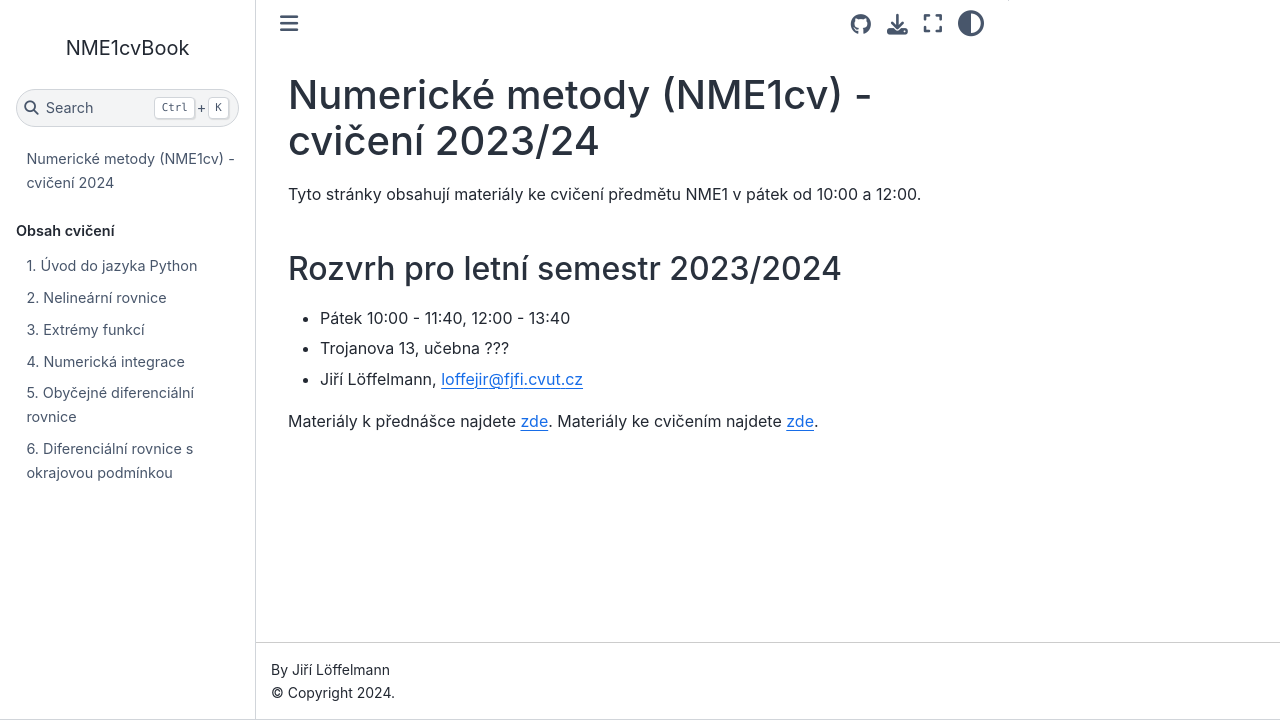
Repository: loepa01/NME1cvBook
Page: intro.html
An editor plug-in stored every save of this project. The page is shown before and after the next save, followed by the edit.
The browser window is 1280 px wide. The pictures show the whole page.

Above is the page before, as saved 2024-04-08 16:45:22.
Console error: SyntaxError: Identifier 'THEBE_JS_URL' has already been declared

### intro.html

<!DOCTYPE html>


<html lang="en" data-content_root="../" >

  <head>
    <meta charset="utf-8" />
    <meta name="viewport" content="width=device-width, initial-scale=1.0" /><meta name="viewport" content="width=device-width, initial-scale=1" />

    <title>Numerické metody (NME1cv) - cvičení 2023/24 &#8212; NME1cvBook</title>



  <script data-cfasync="false">
    document.documentElement.dataset.mode = localStorage.getItem("mode") || "";
    document.documentElement.dataset.theme = localStorage.getItem("theme") || "light";
  </script>

  <!-- Loaded before other Sphinx assets -->
  <link href="../_static/styles/theme.css?digest=8d27b9dea8ad943066ae" rel="stylesheet" />
<link href="../_static/styles/bootstrap.css?digest=8d27b9dea8ad943066ae" rel="stylesheet" />
<link href="../_static/styles/pydata-sphinx-theme.css?digest=8d27b9dea8ad943066ae" rel="stylesheet" />


  <link href="../_static/vendor/fontawesome/6.5.1/css/all.min.css?digest=8d27b9dea8ad943066ae" rel="stylesheet" />
  <link rel="preload" as="font" type="font/woff2" crossorigin href="../_static/vendor/fontawesome/6.5.1/webfonts/fa-solid-900.woff2" />
<link rel="preload" as="font" type="font/woff2" crossorigin href="../_static/vendor/fontawesome/6.5.1/webfonts/fa-brands-400.woff2" />
<link rel="preload" as="font" type="font/woff2" crossorigin href="../_static/vendor/fontawesome/6.5.1/webfonts/fa-regular-400.woff2" />

    <link rel="stylesheet" type="text/css" href="../_static/pygments.css?v=fa44fd50" />
    <link rel="stylesheet" type="text/css" href="../_static/styles/sphinx-book-theme.css?v=384b581d" />
    <link rel="stylesheet" type="text/css" href="../_static/togglebutton.css?v=13237357" />
    <link rel="stylesheet" type="text/css" href="../_static/copybutton.css?v=76b2166b" />
    <link rel="stylesheet" type="text/css" href="../_static/mystnb.4510f1fc1dee50b3e5859aac5469c37c29e427902b24a333a5f9fcb2f0b3ac41.css?v=be8a1c11" />
    <link rel="stylesheet" type="text/css" href="../_static/sphinx-thebe.css?v=4fa983c6" />
    <link rel="stylesheet" type="text/css" href="../_static/design-style.1e8bd061cd6da7fc9cf755528e8ffc24.min.css?v=0a3b3ea7" />

  <!-- Pre-loaded scripts that we'll load fully later -->
  <link rel="preload" as="script" href="../_static/scripts/bootstrap.js?digest=8d27b9dea8ad943066ae" />
<link rel="preload" as="script" href="../_static/scripts/pydata-sphinx-theme.js?digest=8d27b9dea8ad943066ae" />
  <script src="../_static/vendor/fontawesome/6.5.1/js/all.min.js?digest=8d27b9dea8ad943066ae"></script>

    <script src="../_static/documentation_options.js?v=9eb32ce0"></script>
    <script src="../_static/doctools.js?v=888ff710"></script>
    <script src="../_static/sphinx_highlight.js?v=dc90522c"></script>
    <script src="../_static/clipboard.min.js?v=a7894cd8"></script>
    <script src="../_static/copybutton.js?v=f281be69"></script>
    <script src="../_static/scripts/sphinx-book-theme.js?v=efea14e4"></script>
    <script>let toggleHintShow = 'Click to show';</script>
    <script>let toggleHintHide = 'Click to hide';</script>
    <script>let toggleOpenOnPrint = 'true';</script>
    <script src="../_static/togglebutton.js?v=4a39c7ea"></script>
    <script>var togglebuttonSelector = '.toggle, .admonition.dropdown';</script>
    <script src="../_static/design-tabs.js?v=36754332"></script>
    <script>const THEBE_JS_URL = "https://unpkg.com/thebe@0.8.2/lib/index.js"; const thebe_selector = ".thebe,.cell"; const thebe_selector_input = "pre"; const thebe_selector_output = ".output, .cell_output"</script>
    <script async="async" src="../_static/sphinx-thebe.js?v=c100c467"></script>
    <script>var togglebuttonSelector = '.toggle, .admonition.dropdown';</script>
    <script>const THEBE_JS_URL = "https://unpkg.com/thebe@0.8.2/lib/index.js"; const thebe_selector = ".thebe,.cell"; const thebe_selector_input = "pre"; const thebe_selector_output = ".output, .cell_output"</script>
    <script>DOCUMENTATION_OPTIONS.pagename = '.history/intro_20240408164522';</script>
    <link rel="icon" href="../_static/cphys.png"/>
    <link rel="index" title="Index" href="../genindex.html" />
    <link rel="search" title="Search" href="../search.html" />
  <meta name="viewport" content="width=device-width, initial-scale=1"/>
  <meta name="docsearch:language" content="en"/>
  </head>


  <body data-bs-spy="scroll" data-bs-target=".bd-toc-nav" data-offset="180" data-bs-root-margin="0px 0px -60%" data-default-mode="">



  <a id="pst-skip-link" class="skip-link" href="#main-content">Skip to main content</a>

  <div id="pst-scroll-pixel-helper"></div>

  <button type="button" class="btn rounded-pill" id="pst-back-to-top">
    <i class="fa-solid fa-arrow-up"></i>
    Back to top
  </button>


  <input type="checkbox"
          class="sidebar-toggle"
          name="__primary"
          id="__primary"/>
  <label class="overlay overlay-primary" for="__primary"></label>

  <input type="checkbox"
          class="sidebar-toggle"
          name="__secondary"
          id="__secondary"/>
  <label class="overlay overlay-secondary" for="__secondary"></label>

  <div class="search-button__wrapper">
    <div class="search-button__overlay"></div>
    <div class="search-button__search-container">
<form class="bd-search d-flex align-items-center"
      action="../search.html"
      method="get">
  <i class="fa-solid fa-magnifying-glass"></i>
  <input type="search"
         class="form-control"
         name="q"
         id="search-input"
         placeholder="Search this book..."
         aria-label="Search this book..."
         autocomplete="off"
         autocorrect="off"
         autocapitalize="off"
         spellcheck="false"/>
  <span class="search-button__kbd-shortcut"><kbd class="kbd-shortcut__modifier">Ctrl</kbd>+<kbd>K</kbd></span>
</form></div>
  </div>

    <header class="bd-header navbar navbar-expand-lg bd-navbar">
    </header>


  <div class="bd-container">
    <div class="bd-container__inner bd-page-width">





      <div class="bd-sidebar-primary bd-sidebar">



  <div class="sidebar-header-items sidebar-primary__section">




  </div>

    <div class="sidebar-primary-items__start sidebar-primary__section">
        <div class="sidebar-primary-item">



<a class="navbar-brand logo" href="../intro.html">






    <p class="title logo__title">NME1cvBook</p>

</a></div>
        <div class="sidebar-primary-item">

 <script>
 document.write(`
   <button class="btn navbar-btn search-button-field search-button__button" title="Search" aria-label="Search" data-bs-placement="bottom" data-bs-toggle="tooltip">
    <i class="fa-solid fa-magnifying-glass"></i>
    <span class="search-button__default-text">Search</span>
    <span class="search-button__kbd-shortcut"><kbd class="kbd-shortcut__modifier">Ctrl</kbd>+<kbd class="kbd-shortcut__modifier">K</kbd></span>
   </button>
 `);
 </script></div>
        <div class="sidebar-primary-item"><nav class="bd-links bd-docs-nav" aria-label="Main">
    <div class="bd-toc-item navbar-nav active">

        <ul class="nav bd-sidenav bd-sidenav__home-link">
            <li class="toctree-l1">
                <a class="reference internal" href="../intro.html">
                    Numerické metody (NME1cv) - cvičení 2024
                </a>
            </li>
        </ul>
        <p aria-level="2" class="caption" role="heading"><span class="caption-text">Obsah cvičení</span></p>
<ul class="nav bd-sidenav">
<li class="toctree-l1"><a class="reference internal" href="../uvod-python.html">1. Úvod do jazyka Python</a></li>
<li class="toctree-l1"><a class="reference internal" href="../nelinearni-rce.html">2. Nelineární rovnice</a></li>
<li class="toctree-l1"><a class="reference internal" href="../extremy-fci.html">3. Extrémy funkcí</a></li>
<li class="toctree-l1"><a class="reference internal" href="../integrace.html">4. Numerická integrace</a></li>
<li class="toctree-l1"><a class="reference internal" href="../reseni-odr.html">5. Obyčejné diferenciální rovnice</a></li>
<li class="toctree-l1"><a class="reference internal" href="../reseni-okraj.html">6. Diferenciální rovnice s okrajovou podmínkou</a></li>
</ul>

    </div>
</nav></div>
    </div>


  <div class="sidebar-primary-items__end sidebar-primary__section">
  </div>

  <div id="rtd-footer-container"></div>


      </div>

      <main id="main-content" class="bd-main">



<div class="sbt-scroll-pixel-helper"></div>

          <div class="bd-content">
            <div class="bd-article-container">

              <div class="bd-header-article">
<div class="header-article-items header-article__inner">

    <div class="header-article-items__start">

        <div class="header-article-item"><label class="sidebar-toggle primary-toggle btn btn-sm" for="__primary" title="Toggle primary sidebar" data-bs-placement="bottom" data-bs-toggle="tooltip">
  <span class="fa-solid fa-bars"></span>
</label></div>

    </div>


    <div class="header-article-items__end">

        <div class="header-article-item">

<div class="article-header-buttons">





<div class="dropdown dropdown-source-buttons">
  <button class="btn dropdown-toggle" type="button" data-bs-toggle="dropdown" aria-expanded="false" aria-label="Source repositories">
    <i class="fab fa-github"></i>
  </button>
  <ul class="dropdown-menu">



      <li><a href="https://github.com/loepa01/NME1cvBook" target="_blank"
   class="btn btn-sm btn-source-repository-button dropdown-item"
   title="Source repository"
   data-bs-placement="left" data-bs-toggle="tooltip"
>


<span class="btn__icon-container">
  <i class="fab fa-github"></i>
  </span>
<span class="btn__text-container">Repository</span>
</a>
</li>




      <li><a href="https://github.com/loepa01/NME1cvBook/issues/new?title=Issue%20on%20page%20%2F.history/intro_20240408164522.html&body=Your%20issue%20content%20here." target="_blank"
   class="btn btn-sm btn-source-issues-button dropdown-item"
   title="Open an issue"
   data-bs-placement="left" data-bs-toggle="tooltip"
>


<span class="btn__icon-container">
  <i class="fas fa-lightbulb"></i>
  </span>
<span class="btn__text-container">Open issue</span>
</a>
</li>

  </ul>
</div>






<div class="dropdown dropdown-download-buttons">
  <button class="btn dropdown-toggle" type="button" data-bs-toggle="dropdown" aria-expanded="false" aria-label="Download this page">
    <i class="fas fa-download"></i>
  </button>
  <ul class="dropdown-menu">



      <li><a href="../_sources/.history/intro_20240408164522.md" target="_blank"
   class="btn btn-sm btn-download-source-button dropdown-item"
   title="Download source file"
   data-bs-placement="left" data-bs-toggle="tooltip"
>


<span class="btn__icon-container">
  <i class="fas fa-file"></i>
  </span>
<span class="btn__text-container">.md</span>
</a>
</li>




      <li>
<button onclick="window.print()"
  class="btn btn-sm btn-download-pdf-button dropdown-item"
  title="Print to PDF"
  data-bs-placement="left" data-bs-toggle="tooltip"
>


<span class="btn__icon-container">
  <i class="fas fa-file-pdf"></i>
  </span>
<span class="btn__text-container">.pdf</span>
</button>
</li>

  </ul>
</div>




<button onclick="toggleFullScreen()"
  class="btn btn-sm btn-fullscreen-button"
  title="Fullscreen mode"
  data-bs-placement="bottom" data-bs-toggle="tooltip"
>


<span class="btn__icon-container">
  <i class="fas fa-expand"></i>
  </span>

</button>



<script>
document.write(`
  <button class="btn btn-sm navbar-btn theme-switch-button" title="light/dark" aria-label="light/dark" data-bs-placement="bottom" data-bs-toggle="tooltip">
    <span class="theme-switch nav-link" data-mode="light"><i class="fa-solid fa-sun fa-lg"></i></span>
    <span class="theme-switch nav-link" data-mode="dark"><i class="fa-solid fa-moon fa-lg"></i></span>
    <span class="theme-switch nav-link" data-mode="auto"><i class="fa-solid fa-circle-half-stroke fa-lg"></i></span>
  </button>
`);
</script>


<script>
document.write(`
  <button class="btn btn-sm navbar-btn search-button search-button__button" title="Search" aria-label="Search" data-bs-placement="bottom" data-bs-toggle="tooltip">
    <i class="fa-solid fa-magnifying-glass fa-lg"></i>
  </button>
`);
</script>
<label class="sidebar-toggle secondary-toggle btn btn-sm" for="__secondary"title="Toggle secondary sidebar" data-bs-placement="bottom" data-bs-toggle="tooltip">
    <span class="fa-solid fa-list"></span>
</label>
</div></div>

    </div>

</div>
</div>



<div id="jb-print-docs-body" class="onlyprint">
    <h1>Numerické metody (NME1cv) - cvičení 2023/24</h1>
    <!-- Table of contents -->
    <div id="print-main-content">
        <div id="jb-print-toc">

            <div>
                <h2> Contents </h2>
            </div>
            <nav aria-label="Page">
                <ul class="visible nav section-nav flex-column">
<li class="toc-h2 nav-item toc-entry"><a class="reference internal nav-link" href="#rozvrh-pro-letni-semestr-2023-2024">Rozvrh pro letní semestr 2023/2024</a></li>
</ul>
            </nav>
        </div>
    </div>
</div>



<div id="searchbox"></div>
                <article class="bd-article">

  <section class="tex2jax_ignore mathjax_ignore" id="numericke-metody-nme1cv-cviceni-2023-24">
<h1>Numerické metody (NME1cv) - cvičení 2023/24<a class="headerlink" href="#numericke-metody-nme1cv-cviceni-2023-24" title="Link to this heading">#</a></h1>
<p>Tyto stránky obsahují materiály ke cvičení předmětu NME1 v pátek od 10:00 a 12:00.</p>
<section id="rozvrh-pro-letni-semestr-2023-2024">
<h2>Rozvrh pro letní semestr 2023/2024<a class="headerlink" href="#rozvrh-pro-letni-semestr-2023-2024" title="Link to this heading">#</a></h2>
<ul class="simple">
<li><p>Pátek 10:00 - 11:40, 12:00 - 13:40</p></li>
<li><p>Trojanova 13, učebna ???</p></li>
<li><p>Jiří Löffelmann, <a class="reference external" href="mailto:loffejir&#37;&#52;&#48;fjfi&#46;cvut&#46;cz">loffejir<span>&#64;</span>fjfi<span>&#46;</span>cvut<span>&#46;</span>cz</a></p></li>
</ul>
<p>Materiály k přednášce najdete <a class="reference external" href="http://kfe.fjfi.cvut.cz/~vachal/edu/nme/">zde</a>.
Materiály ke cvičením najdete <a class="reference external" href="http://kfe.fjfi.cvut.cz/~vachal/edu/nme/cviceni/">zde</a>.</p>
</section>
</section>

    <script type="text/x-thebe-config">
    {
        requestKernel: true,
        binderOptions: {
            repo: "binder-examples/jupyter-stacks-datascience",
            ref: "master",
        },
        codeMirrorConfig: {
            theme: "abcdef",
            mode: "python"
        },
        kernelOptions: {
            name: "python3",
            path: "./.history"
        },
        predefinedOutput: true
    }
    </script>
    <script>kernelName = 'python3'</script>

                </article>






                <footer class="prev-next-footer">

<div class="prev-next-area">
</div>
                </footer>

            </div>



                <div class="bd-sidebar-secondary bd-toc"><div class="sidebar-secondary-items sidebar-secondary__inner">


  <div class="sidebar-secondary-item">
  <div class="page-toc tocsection onthispage">
    <i class="fa-solid fa-list"></i> Contents
  </div>
  <nav class="bd-toc-nav page-toc">
    <ul class="visible nav section-nav flex-column">
<li class="toc-h2 nav-item toc-entry"><a class="reference internal nav-link" href="#rozvrh-pro-letni-semestr-2023-2024">Rozvrh pro letní semestr 2023/2024</a></li>
</ul>
  </nav></div>

</div></div>


          </div>
          <footer class="bd-footer-content">

<div class="bd-footer-content__inner container">

  <div class="footer-item">

<p class="component-author">
By Jiří Löffelmann
</p>

  </div>

  <div class="footer-item">


  <p class="copyright">

      © Copyright 2024.
      <br/>

  </p>

  </div>

  <div class="footer-item">

  </div>

  <div class="footer-item">

  </div>

</div>
          </footer>


      </main>
    </div>
  </div>

  <!-- Scripts loaded after <body> so the DOM is not blocked -->
  <script src="../_static/scripts/bootstrap.js?digest=8d27b9dea8ad943066ae"></script>
<script src="../_static/scripts/pydata-sphinx-theme.js?digest=8d27b9dea8ad943066ae"></script>

  <footer class="bd-footer">
  </footer>
  </body>
</html>

### _static/copybutton.css
/* Copy buttons */
button.copybtn {
    position: absolute;
    display: flex;
    top: .3em;
    right: .3em;
    width: 1.7em;
    height: 1.7em;
	opacity: 0;
    transition: opacity 0.3s, border .3s, background-color .3s;
    user-select: none;
    padding: 0;
    border: none;
    outline: none;
    border-radius: 0.4em;
    /* The colors that GitHub uses */
    border: #1b1f2426 1px solid;
    background-color: #f6f8fa;
    color: #57606a;
}

button.copybtn.success {
    border-color: #22863a;
    color: #22863a;
}

button.copybtn svg {
    stroke: currentColor;
    width: 1.5em;
    height: 1.5em;
    padding: 0.1em;
}

div.highlight  {
    position: relative;
}

/* Show the copybutton */
.highlight:hover button.copybtn, button.copybtn.success {
	opacity: 1;
}

.highlight button.copybtn:hover {
    background-color: rgb(235, 235, 235);
}

.highlight button.copybtn:active {
    background-color: rgb(187, 187, 187);
}

/**
 * A minimal CSS-only tooltip copied from:
 *   https://codepen.io/mildrenben/pen/rVBrpK
 *
 * To use, write HTML like the following:
 *
 * <p class="o-tooltip--left" data-tooltip="Hey">Short</p>
 */
 .o-tooltip--left {
  position: relative;
 }

 .o-tooltip--left:after {
    opacity: 0;
    visibility: hidden;
    position: absolute;
    content: attr(data-tooltip);
    padding: .2em;
    font-size: .8em;
    left: -.2em;
    background: grey;
    color: white;
    white-space: nowrap;
    z-index: 2;
    border-radius: 2px;
    transform: translateX(-102%) translateY(0);
    transition: opacity 0.2s cubic-bezier(0.64, 0.09, 0.08, 1), transform 0.2s cubic-bezier(0.64, 0.09, 0.08, 1);
}

.o-tooltip--left:hover:after {
    display: block;
    opacity: 1;
    visibility: visible;
    transform: translateX(-100%) translateY(0);
    transition: opacity 0.2s cubic-bezier(0.64, 0.09, 0.08, 1), transform 0.2s cubic-bezier(0.64, 0.09, 0.08, 1);
    transition-delay: .5s;
}

/* By default the copy button shouldn't show up when printing a page */
@media print {
    button.copybtn {
        display: none;
    }
}

### _static/sphinx-thebe.css
/* Thebelab Buttons */
.thebelab-button {
  z-index: 999;
  display: inline-block;
  padding: 0.35em 1.2em;
  margin: 0px 1px;
  border-radius: 0.12em;
  box-sizing: border-box;
  text-decoration: none;
  font-family: "Roboto", sans-serif;
  font-weight: 300;
  text-align: center;
  transition: all 0.2s;
  background-color: #dddddd;
  border: 0.05em solid white;
  color: #000000;
}

.thebelab-button:hover {
  border: 0.05em solid black;
  background-color: #fcfcfc;
}

.thebe-launch-button {
  height: 2.2em;
  font-size: 0.8em;
  border: 1px black solid;
}

/* Thebelab Cell */
.thebelab-cell pre {
  background: none;
}

.thebelab-cell .thebelab-input {
  padding-left: 1em;
  margin-bottom: 0.5em;
  margin-top: 0.5em;
}

.thebelab-cell .jp-OutputArea {
  margin-top: 0.5em;
  margin-left: 1em;
}

button.thebelab-button.thebelab-run-button {
  margin-left: 1.5em;
  margin-bottom: 0.5em;
}

/* Loading button */
button.thebe-launch-button div.spinner {
  float: left;
  margin-right: 1em;
}

/* Remove the spinner when thebelab is ready */
.thebe-launch-button.thebe-status-ready .spinner {
  display: none;
}

.thebe-launch-button span.status {
  font-family: monospace;
  font-weight: bold;
}

.thebe-launch-button.thebe-status-ready span.status {
  color: green;
}

.spinner {
  height: 2em;
  text-align: center;
  font-size: 0.7em;
}

.spinner > div {
  background-color: #f37726;
  height: 100%;
  width: 6px;
  display: inline-block;

  -webkit-animation: sk-stretchdelay 1.2s infinite ease-in-out;
  animation: sk-stretchdelay 1.2s infinite ease-in-out;
}

.spinner .rect2 {
  -webkit-animation-delay: -1.1s;
  animation-delay: -1.1s;
}

.spinner .rect3 {
  -webkit-animation-delay: -1s;
  animation-delay: -1s;
}

.spinner .rect4 {
  -webkit-animation-delay: -0.9s;
  animation-delay: -0.9s;
}

.spinner .rect5 {
  -webkit-animation-delay: -0.8s;
  animation-delay: -0.8s;
}

@-webkit-keyframes sk-stretchdelay {
  0%,
  40%,
  100% {
    -webkit-transform: scaleY(0.4);
  }
  20% {
    -webkit-transform: scaleY(1);
  }
}

@keyframes sk-stretchdelay {
  0%,
  40%,
  100% {
    transform: scaleY(0.4);
    -webkit-transform: scaleY(0.4);
  }
  20% {
    transform: scaleY(1);
    -webkit-transform: scaleY(1);
  }
}

Loaded but not shown: _static/styles/theme.css (common file); _static/styles/bootstrap.css (library); _static/styles/pydata-sphinx-theme.css (library); _static/vendor/fontawesome/6.5.1/css/all.min.css (library); _static/styles/sphinx-book-theme.css (library); _static/design-style.1e8bd061cd6da7fc9cf755528e8ffc24.min.css (library); _static/scripts/bootstrap.js (library); _static/scripts/pydata-sphinx-theme.js (library); _static/documentation_options.js (common file); _static/clipboard.min.js (library); _static/copybutton.js (248 lines, source omitted); _static/togglebutton.js (187 lines, source omitted); _static/sphinx_highlight.js (154 lines, source omitted); _static/doctools.js (156 lines, source omitted); _static/sphinx-thebe.js (127 lines, source omitted); _static/scripts/sphinx-book-theme.js (2 lines, source omitted); _static/design-tabs.js (27 lines, source omitted); _static/mystnb.4510f1fc1dee50b3e5859aac5469c37c29e427902b24a333a5f9fcb2f0b3ac41.css (2342 lines, source omitted); _static/basic.css (925 lines, source omitted); _static/pygments.css (152 lines, source omitted); _static/togglebutton.css (160 lines, source omitted)

After the next save:
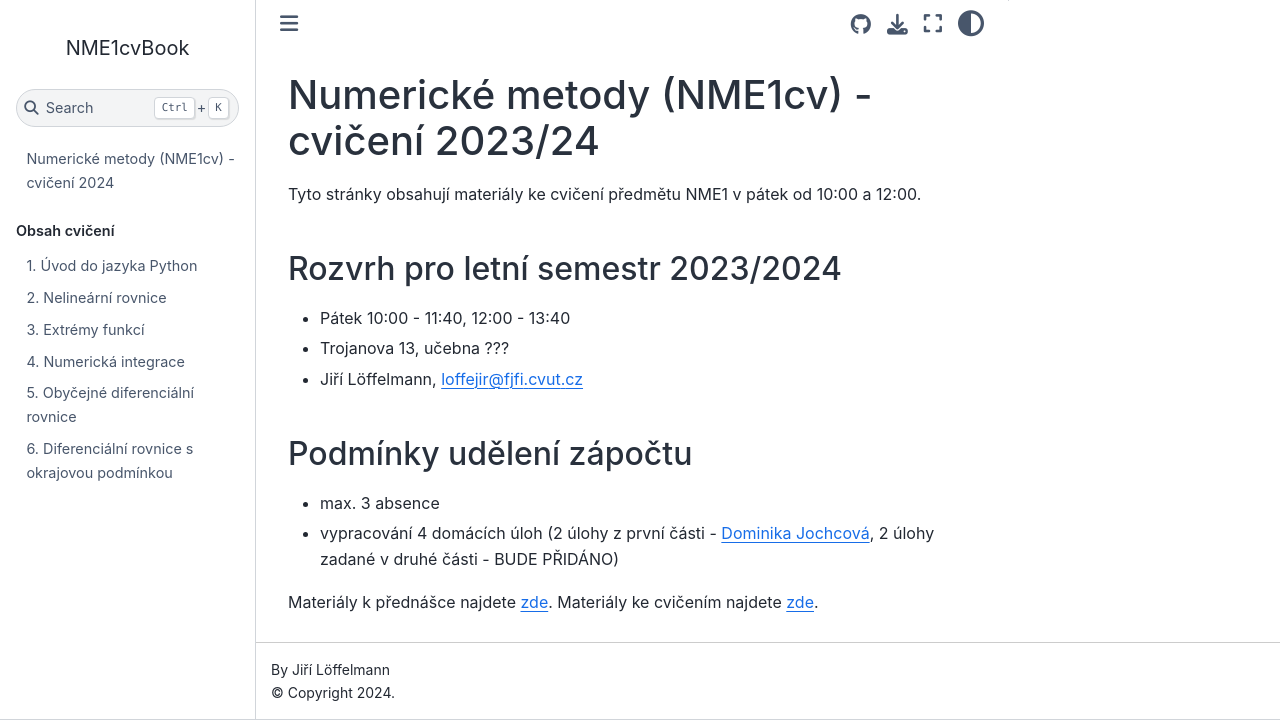
Saved 3 min 27 s later.
--- a/intro.html
+++ b/intro.html
@@ -57,7 +57,7 @@
     <script async="async" src="../_static/sphinx-thebe.js?v=c100c467"></script>
     <script>var togglebuttonSelector = '.toggle, .admonition.dropdown';</script>
     <script>const THEBE_JS_URL = "https://unpkg.com/thebe@0.8.2/lib/index.js"; const thebe_selector = ".thebe,.cell"; const thebe_selector_input = "pre"; const thebe_selector_output = ".output, .cell_output"</script>
-    <script>DOCUMENTATION_OPTIONS.pagename = '.history/intro_20240408164522';</script>
+    <script>DOCUMENTATION_OPTIONS.pagename = '.history/intro_20240408164849';</script>
     <link rel="icon" href="../_static/cphys.png"/>
     <link rel="index" title="Index" href="../genindex.html" />
     <link rel="search" title="Search" href="../search.html" />
@@ -250,7 +250,7 @@
 
 
 
-      <li><a href="https://github.com/loepa01/NME1cvBook/issues/new?title=Issue%20on%20page%20%2F.history/intro_20240408164522.html&body=Your%20issue%20content%20here." target="_blank"
+      <li><a href="https://github.com/loepa01/NME1cvBook/issues/new?title=Issue%20on%20page%20%2F.history/intro_20240408164849.html&body=Your%20issue%20content%20here." target="_blank"
    class="btn btn-sm btn-source-issues-button dropdown-item"
    title="Open an issue"
    data-bs-placement="left" data-bs-toggle="tooltip"
@@ -280,7 +280,7 @@
 
 
 
-      <li><a href="../_sources/.history/intro_20240408164522.md" target="_blank"
+      <li><a href="../_sources/.history/intro_20240408164849.md" target="_blank"
    class="btn btn-sm btn-download-source-button dropdown-item"
    title="Download source file"
    data-bs-placement="left" data-bs-toggle="tooltip"
@@ -375,6 +375,7 @@ document.write(`
             <nav aria-label="Page">
                 <ul class="visible nav section-nav flex-column">
 <li class="toc-h2 nav-item toc-entry"><a class="reference internal nav-link" href="#rozvrh-pro-letni-semestr-2023-2024">Rozvrh pro letní semestr 2023/2024</a></li>
+<li class="toc-h2 nav-item toc-entry"><a class="reference internal nav-link" href="#podminky-udeleni-zapoctu">Podmínky udělení zápočtu</a></li>
 </ul>
             </nav>
         </div>
@@ -395,6 +396,13 @@ document.write(`
 <li><p>Pátek 10:00 - 11:40, 12:00 - 13:40</p></li>
 <li><p>Trojanova 13, učebna ???</p></li>
 <li><p>Jiří Löffelmann, <a class="reference external" href="mailto:loffejir&#37;&#52;&#48;fjfi&#46;cvut&#46;cz">loffejir<span>&#64;</span>fjfi<span>&#46;</span>cvut<span>&#46;</span>cz</a></p></li>
+</ul>
+</section>
+<section id="podminky-udeleni-zapoctu">
+<h2>Podmínky udělení zápočtu<a class="headerlink" href="#podminky-udeleni-zapoctu" title="Link to this heading">#</a></h2>
+<ul class="simple">
+<li><p>max. 3 absence</p></li>
+<li><p>vypracování 4 domácích úloh (2 úlohy z první části - <a class="reference external" href="https://github.com/jochcova/NMEcv/">Dominika Jochcová</a>, 2 úlohy zadané v druhé části - BUDE PŘIDÁNO)</p></li>
 </ul>
 <p>Materiály k přednášce najdete <a class="reference external" href="http://kfe.fjfi.cvut.cz/~vachal/edu/nme/">zde</a>.
 Materiály ke cvičením najdete <a class="reference external" href="http://kfe.fjfi.cvut.cz/~vachal/edu/nme/cviceni/">zde</a>.</p>
@@ -448,6 +456,7 @@ Materiály ke cvičením najdete <a class="reference external" href="http://kfe.
   <nav class="bd-toc-nav page-toc">
     <ul class="visible nav section-nav flex-column">
 <li class="toc-h2 nav-item toc-entry"><a class="reference internal nav-link" href="#rozvrh-pro-letni-semestr-2023-2024">Rozvrh pro letní semestr 2023/2024</a></li>
+<li class="toc-h2 nav-item toc-entry"><a class="reference internal nav-link" href="#podminky-udeleni-zapoctu">Podmínky udělení zápočtu</a></li>
 </ul>
   </nav></div>
 
